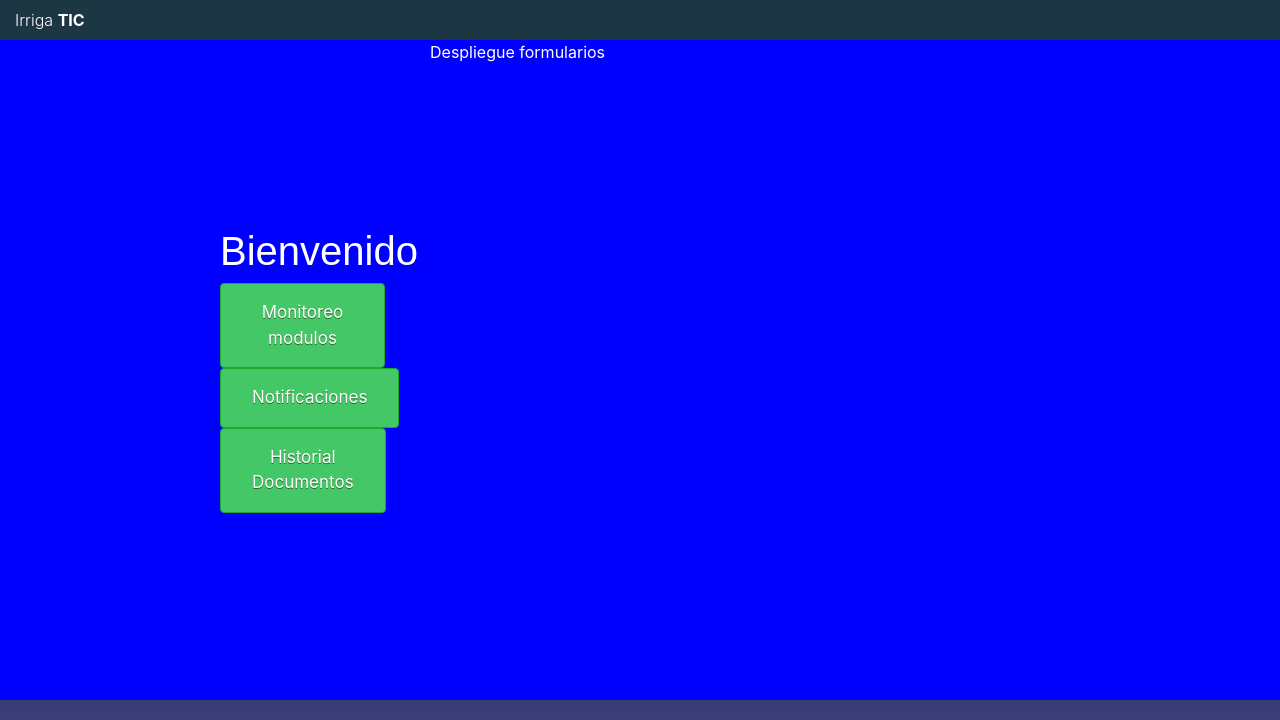
Repository: CristianPalta1/pages_react
Page: /Dashboard
These files come from the project's save history. The page is drawn as it stood at one moment and after the next save; the edit follows.
The browser window is 1280 px wide. The pictures show the whole page.
The project was rebuilt for these pictures with package versions that can differ from the ones it lists, and the page was loaded fresh each time. Also part of the build but not shown: src/components/Forms.jsx, src/pages/Inicio.jsx, src/pages/IngresoDoc.jsx, src/pages/NotifiDoc.jsx, src/pages/styles/Badges.css, src/components/Registros.jsx, src/components/styles/BadgesList.css, src/components/BadgeList.jsx and 6 more.

Above is the page before, as saved 2019-08-29 08:41:36.

### src/index.js
import React from 'react';
import ReactDOM from 'react-dom';
import './index.css';
import 'bootstrap/dist/css/bootstrap.css'

import App from './components/App';
import * as serviceWorker from './serviceWorker';

ReactDOM.render(<App />, document.getElementById('root'));



// If you want your app to work offline and load faster, you can change
// unregister() to register() below. Note this comes with some pitfalls.
// Learn more about service workers: https://bit.ly/CRA-PWA
serviceWorker.unregister();

### src/index.css
body {
  margin: 0;
  font-family: -apple-system, BlinkMacSystemFont, "Segoe UI", "Roboto", "Oxygen",
    "Ubuntu", "Cantarell", "Fira Sans", "Droid Sans", "Helvetica Neue",
    sans-serif;
  -webkit-font-smoothing: antialiased;
  -moz-osx-font-smoothing: grayscale;
}

code {
  font-family: source-code-pro, Menlo, Monaco, Consolas, "Courier New",
    monospace;
}


@import url('https://fonts.googleapis.com/css?family=Lato:300,400,700');
@import url('https://fonts.googleapis.com/css?family=Anton');


* {
  -webkit-font-smoothing: antialiased;
  -moz-osx-font-smoothing: grayscale;
}

body {
  font-family: 'Lato', 'Helvetica Neue', sans-serif;
  background-color: #F4F4F7;
}

h1 {
  font-family: 'Anton', sans-serif;
}

a.link-unstyled {
  color: inherit;
}

a.link-unstyled:hover {
  color: inherit;
  text-decoration: none;
}

.btn {
  padding: 0.375rem 2rem;
}

.btn.btn-primary {
  color: #fff;
  background-color: #7DCD40;
  border-color: #7DCD40;
}

.btn.btn-primary:not(:disabled):not(.disabled):hover {
  color: #fff;
  background-color: #7DCD40;
  border-color: #7DCD40;
}

.btn.btn-primary:not(:disabled):not(.disabled):active {
  color: #fff;
  background-color: #7DCD40;
  border-color: #7DCD40;
}

.btn.btn-primary:not(:disabled):not(.disabled):focus {
  box-shadow: 0 0 0 0.2rem rgba(125, 205, 64, 0.5);
}

.btn.btn-danger {
  color: #fff;
  background-color: #CD4040;
  border-color: #CD4040;
}

.btn.btn-danger:not(:disabled):not(.disabled):hover {
  color: #fff;
  background-color: #CD4040;
  border-color: #CD4040;
}

.btn.btn-danger:not(:disabled):not(.disabled):active {
  color: #fff;
  background-color: #CD4040;
  border-color: #CD4040;
}

.btn.btn-danger:not(:disabled):not(.disabled):focus {
  box-shadow: 0 0 0 0.2rem rgba(255, 64, 64, 0.5);
}

### src/components/App.js


import React from 'react';
import { BrowserRouter, Switch, Route } from 'react-router-dom';

// import logo from './logo.svg';
// import './App.css';
// import Navbar from "./Navbar";
// import Carousel from './Carousel';
// import Badge from './Badge';
// import Forms from './Forms';
import Layout from './Layout';
import Inicio from '../pages/Inicio';
import Dashboard from '../pages/Dashboard';
import IngresoDoc from '../pages/IngresoDoc';
import NotificDoc from '../pages/NotifiDoc';
import Registro from '../pages/Registro';
import Loader from '../pages/Loader'
import NotFound from '../pages/NotFound';

function App() {
  return (
    <BrowserRouter>
      <Layout>
        <Switch>
          <Route exact path="/" component={Inicio} />
          <Route exact path="/Dashboard" component={Dashboard} />
          <Route exact path="/Registro_Usuarios" component={Registro} />
          <Route exact path="/Dashboard/Ingreso_Documentos" component={IngresoDoc} />
          <Route exact path="/Dashboard/Notificacion_Documentos" component={NotificDoc} />
          <Route exact path="/Dashboard/Datos_Api" component={Loader} />
          <Route component={NotFound} />
        </Switch>
      </Layout>
    </BrowserRouter>

  );
}

export default App;

### src/pages/Dashboard.jsx
//Aqui mostrare el formulario

import React, { Component } from "react";
import Container from "../components/Container";
import "./styles/Home.css";

class Dashboard extends Component {
  handleChange = e => {
    //Para ver el valor del inpunt see escribe value:e.target.value
    //tambien funciona con el input para saber que es name:e.target.name
  };

  //Evento para saber que sucedio al hacer click en el boton
  handleClick = e => {
    console.log("Boton Oprimido");
  };

  //El boton es de tipo submit, si no quiero que eso pase porque recarga la pagina,
  //debo espicicar el tipo de boton. En este caso tipo button
  handleSubmit = e => {
    e.preventDefault();
    console.log("Formulario ha sido Enviado");
    console.log(this.state);
  };

  // constructor (props) {
  //   //Aqui se inicializa el state this.satet = {}
  //   super(props);
  // }

  componentDidMount() {}

  render() {
    return (
      <div className="Home">
        <div className="container">
          <div className="row">
            <div className="col-3">
              <Container />
            </div>
            <div className="col-9">Despliegue formularios</div>
          </div>
        </div>
      </div>
    );
  }
}

export default Dashboard;

### src/components/Navbar.jsx
import React from 'react';
import { Link } from 'react-router-dom';
import './styles/Navbar.css';

// import './styles/Navbar.css';
// import logo from '../images/logo.svg';

class Navbar extends React.Component {
  render() {
    return (
      <div className="Navbar">
        <div className="container-fluid">
          <Link className="Navbar__brand" to="/">
            {/* <img className="Navbar__brand-logo" src={logo} alt="Logo" /> */}
            <span className="font-weight-light">Irriga</span> &nbsp;
            <span className="font-weight-bold"> TIC</span>
          </Link>
        </div>
      </div>
    );
  }
}

export default Navbar;

### src/pages/styles/Home.css
.Home {
  width: 100%;
  min-height: calc(100vh - 60px);
  background: #0000ff;
  /* background: url('../../images/stars.svg'), #1B1B25; */
  background-repeat: repeat;

  color: #ffffff;

  display: flex;
  align-items: center;
}

.Home__col {
  display: flex;
  flex-direction: column;
  justify-content: center;
  align-items: center;
}

@media screen and (min-width: 768px) {
  .Home__col {
    align-items: flex-start;
  }
}

### src/components/Container.jsx
import React, { Component } from "react";
import "./styles/Home.css";

class Carousel extends Component {
  render() {
    return (
      <div className="Home">
        <div className="container">
          {/* <div className="row"> */}
            {/* <div className="col-4"> */}
              <h1>Bienvenido </h1>
              <button>Monitoreo modulos</button>
              <button>Notificaciones</button>
              <button>Historial Documentos</button>
            {/* </div> */}
            {/* <div className="col-8">jojoj</div> */}
          {/* </div> */}
        </div>
      </div>
    );
  }
}

export default Carousel;

### src/pages/styles/Api.css
* {
    box-sizing: border-box;
  }

  body {
    font-family: -apple-system, BlinkMacSystemFont, "Segoe UI", Roboto, Oxygen,
      Ubuntu, Cantarell, "Open Sans", "Helvetica Neue", sans-serif;
    color: white;
    background: rgb(22, 24, 38);
    background: linear-gradient(
      180deg,
      rgba(22, 24, 38, 1) 0%,
      rgba(22, 24, 38, 1) 40%,
      rgba(58, 62, 123, 1) 100%
    );
    background-repeat: no-repeat;
    min-height: 100vh;
  }

  .App {
    display: flex;
    flex-direction: column;
  }

  .Logo {
    align-self: center;
    max-width: 100%;
  }

  ul {
    list-style: none;
    padding-left: 0;
  }

  .container {
    width: 100%;
    max-width: 900px;
    margin: 0 auto;
  }

  .row {
    display: flex;
    flex-wrap: wrap;
  }

  .col-6 {
    padding-left: 0.5rem;
    padding-right: 0.5rem;
    flex-basis: 50%;
  }

  @media screen and (min-width: 600px) {
    .col-md-3 {
      padding-left: 0.5rem;
      padding-right: 0.5rem;
      flex-basis: 25%;
    }
  }

  .CharacterCard {
    width: 100%;
    height: 240px;
    background: white;
    background-size: cover;
    background-repeat: no-repeat;
    background-position: center;
    border-radius: 5px;
    overflow: hidden;
    margin-bottom: 1rem;
    position: relative;
  }

  .CharacterCard__name-container {
    color: white;
    position: absolute;
    bottom: 0;
    width: 100%;
    background-color: rgba(0, 0, 0, 0.7);
    padding: 1rem 0.5rem;
  }

  .text-truncate {
    text-overflow: ellipsis;
    white-space: nowrap;
    overflow: hidden;
  }

  .text-center {
    text-align: center;
  }

  button {
    background-color: #44c767;
    border-radius: 4px;
    border: 1px solid #18ab29;
    display: inline-block;
    cursor: pointer;
    color: #ffffff;
    font-size: 17px;
    padding: 16px 31px;
    text-decoration: none;
    text-shadow: 0px 1px 0px #2f6627;
  }

Loaded but not shown: public/index.html (common file); src/serviceWorker.js (common file); src/components/Layout.jsx (common file); src/components/styles/Navbar.css (common file)

After the next save:
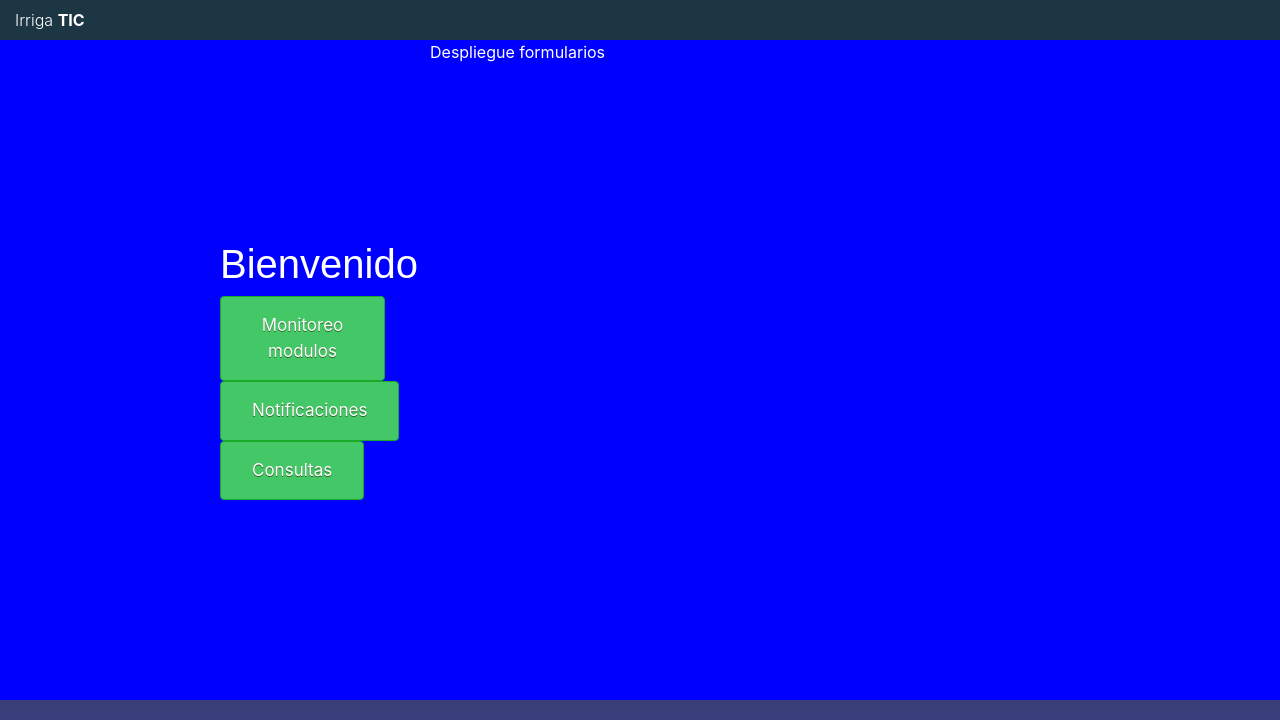
Saved 13 s later.
--- a/src/components/Container.jsx
+++ b/src/components/Container.jsx
@@ -11,7 +11,7 @@ class Carousel extends Component {
               <h1>Bienvenido </h1>
               <button>Monitoreo modulos</button>
               <button>Notificaciones</button>
-              <button>Historial Documentos</button>
+              <button>Consultas</button>
             {/* </div> */}
             {/* <div className="col-8">jojoj</div> */}
           {/* </div> */}
